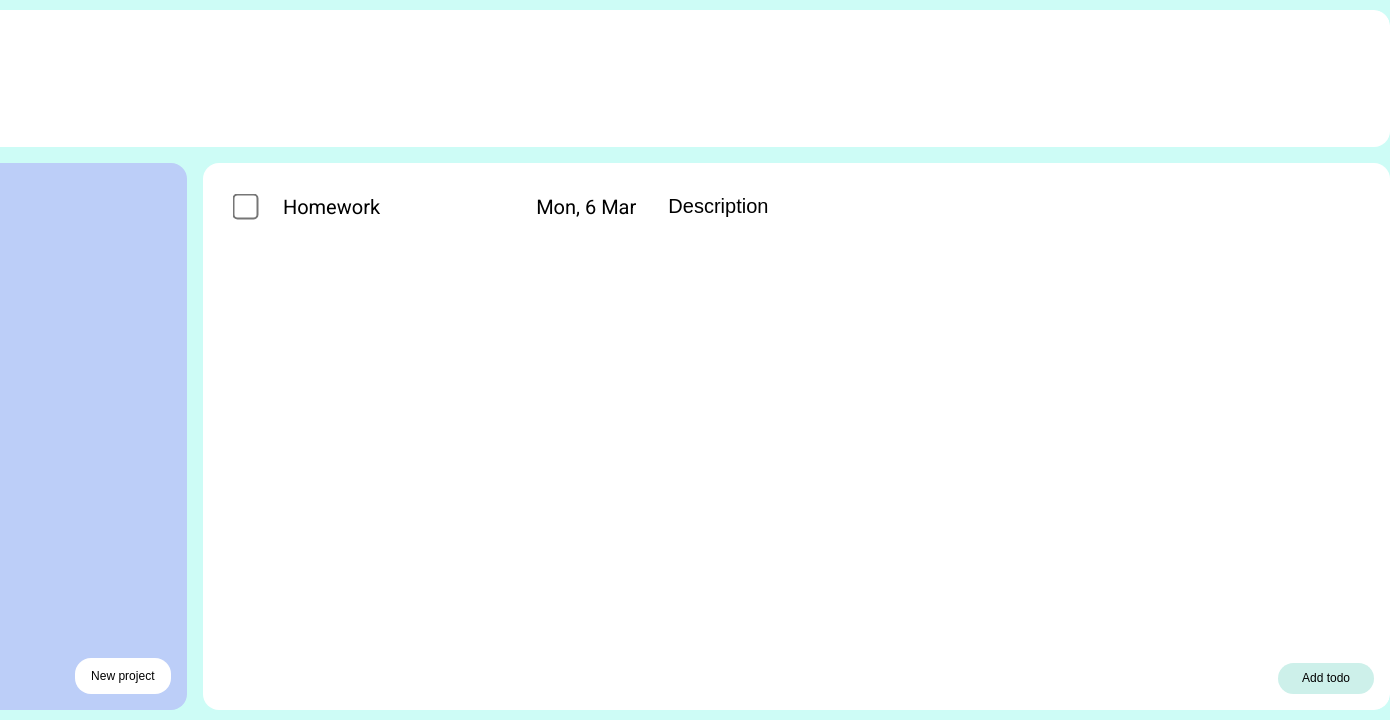
Repository: yeetzpxoci/todo-list
Page: dist/index.html
The author's editor kept a copy of each file at every save. The page is drawn from the files as they stood at one save, then again after the next save.
The browser window is 1280 px wide. The page is 1390 px wide, so the pictures cover 1390 px, including what lies to the right of the window. The pictures show the whole page.
Some web fonts or font styles are not loaded; a fallback is used.

Above is the page before, as saved 2023-03-07 17:26:45.
Console error: ReferenceError: projectNameSubmit is not defined

After the next save:
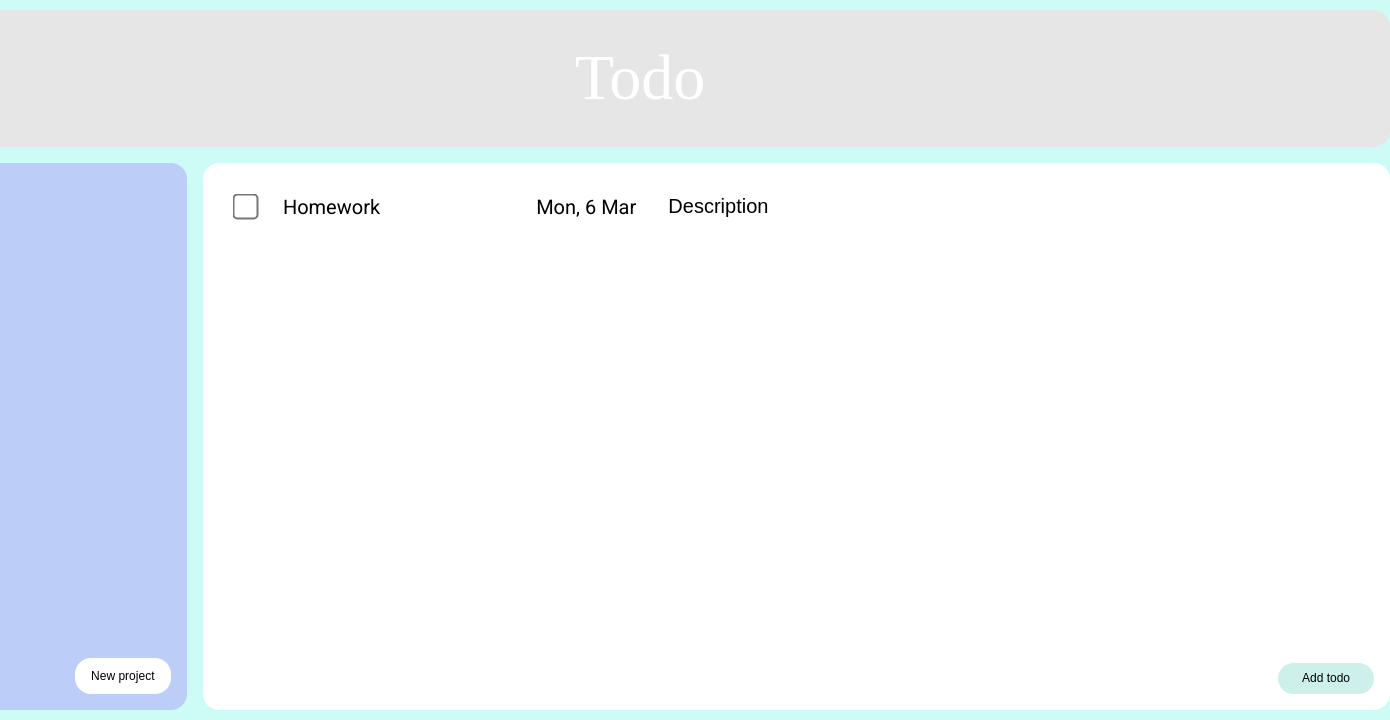
Saved 34 s later.
--- a/dist/styles.css
+++ b/dist/styles.css
@@ -35,7 +35,7 @@ p {
     display: flex;
     justify-content: center;
     align-items: center;
-    background-color: #FFFFFF;
+    background-color: #e6e6e6;
     font-size: 64px;
     font-family: 'Tilt Warp', cursive;
     grid-column: 1 / 3;
